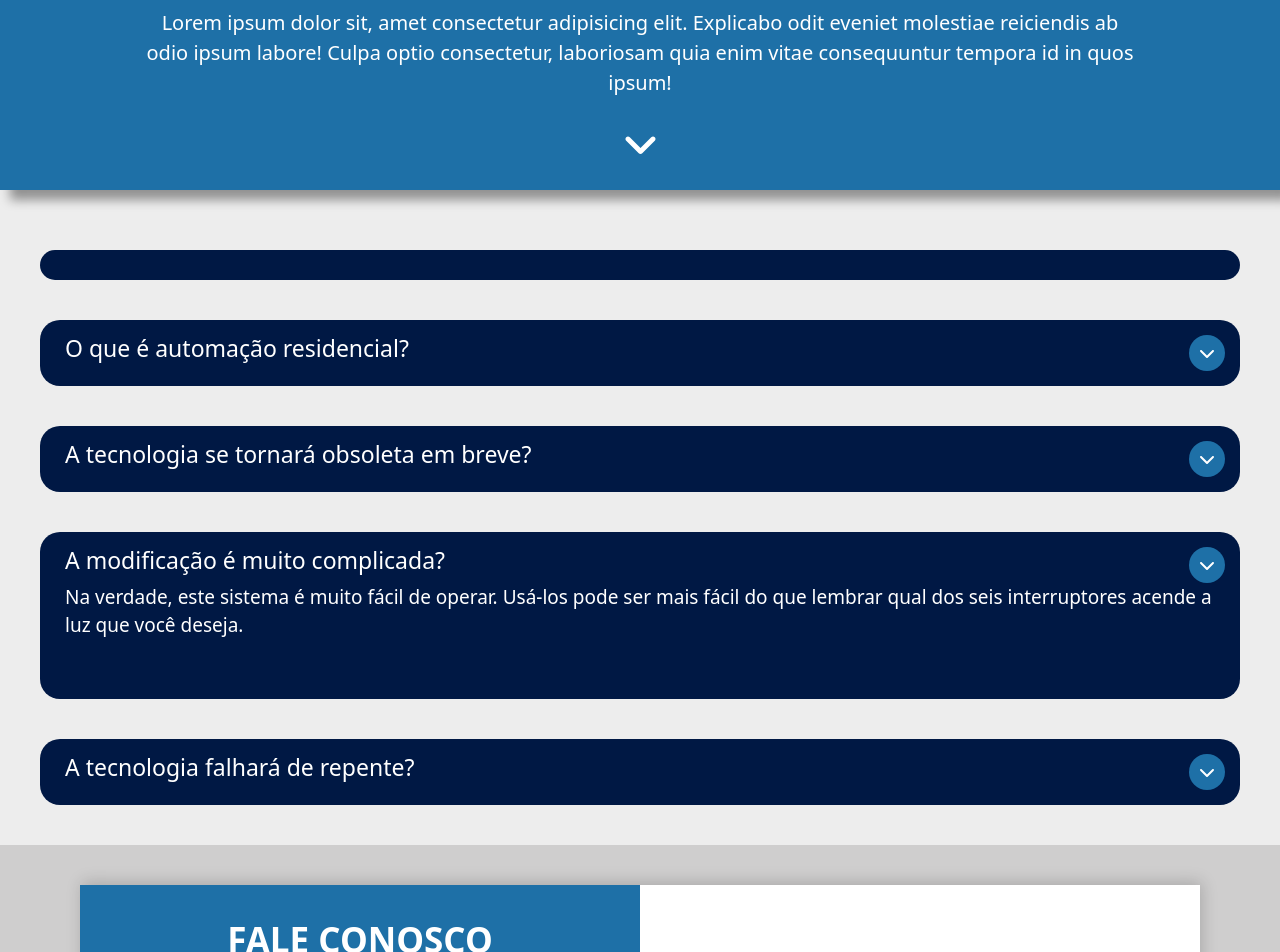
Repository: BulleST/SouHi_Institucional
Page: index.html
An editor plug-in stored every save of this project. The page is shown before and after the next save, followed by the edit.
The browser window is 1280 px wide. The pictures show the part of the page from y = 1587 to 2539 px (the page is 3528 px tall before and 3458 px after).
A picture or video elsewhere on the page could not be fetched, so the positions and the page height are approximate.

Above is the page before, as saved 2022-11-04 16:05:38.

### index.html
<!DOCTYPE html>
<html lang="pt-br">

<head>
  <meta charset="UTF-8">
  <meta http-equiv="X-UA-Compatible" content="IE=edge">
  <meta name="viewport" content="width=device-width, initial-scale=1.0">
  <title>SouHi - Soluções Automatizadas</title>

  <script src="https://code.jquery.com/jquery-3.6.1.js" integrity="sha256-3zlB5s2uwoUzrXK3BT7AX3FyvojsraNFxCc2vC/7pNI="
    crossorigin="anonymous"></script>



  <!-- Bootstrap -->
  <link href="https://cdn.jsdelivr.net/npm/bootstrap@5.2.2/dist/css/bootstrap.min.css" rel="stylesheet"
    integrity="sha384-Zenh87qX5JnK2Jl0vWa8Ck2rdkQ2Bzep5IDxbcnCeuOxjzrPF/et3URy9Bv1WTRi" crossorigin="anonymous">
  <script src="https://cdn.jsdelivr.net/npm/bootstrap@5.2.2/dist/js/bootstrap.bundle.min.js"
    integrity="sha384-OERcA2EqjJCMA+/3y+gxIOqMEjwtxJY7qPCqsdltbNJuaOe923+mo//f6V8Qbsw3"
    crossorigin="anonymous"></script>
  <!-- Fontawesome -->
  <link rel="stylesheet" href="https://cdnjs.cloudflare.com/ajax/libs/font-awesome/6.2.0/css/all.min.css"
    integrity="sha512-xh6O/CkQoPOWDdYTDqeRdPCVd1SpvCA9XXcUnZS2FmJNp1coAFzvtCN9BmamE+4aHK8yyUHUSCcJHgXloTyT2A=="
    crossorigin="anonymous" referrerpolicy="no-referrer" />
  <script src="https://cdnjs.cloudflare.com/ajax/libs/font-awesome/6.2.0/js/all.min.js"
    integrity="sha512-naukR7I+Nk6gp7p5TMA4ycgfxaZBJ7MO5iC3Fp6ySQyKFHOGfpkSZkYVWV5R7u7cfAicxanwYQ5D1e17EfJcMA=="
    crossorigin="anonymous" referrerpolicy="no-referrer"></script>

  <!-- Slick Carousel -->
  <link rel="stylesheet" type="text/css" href="https://cdn.jsdelivr.net/npm/slick-carousel@1.8.1/slick/slick.css" />
  <script type="text/javascript" src="https://cdn.jsdelivr.net/npm/slick-carousel@1.8.1/slick/slick.min.js"></script>

  <!-- AOS -->
  <link rel="stylesheet" href="https://unpkg.com/aos@next/dist/aos.css">
  <script src="https://unpkg.com/aos@next/dist/aos.js"></script>

<!-- Jquery Ui -->
<link type="text/css" href="./jquery-ui-1.13.2.custom/jquery-ui.css">
<link type="text/css" href="./jquery-ui-1.13.2.custom/jquery-ui.structure.css">
<link type="text/css" href="./jquery-ui-1.13.2.custom/jquery-ui.theme.css">
<script src="./jquery-ui-1.13.2.custom/jquery-ui.js" text="text/javascript"></script>

  <link rel="stylesheet" type="text/css" href="./style.css">
  <script src="script.js" defer ></script>

</head>

<body class="bg">

  <header>
    <div class="header-container bg-on" id="header">
      <div class="header-position">
        <div class="flex-item-image">
          <img src="img/logo_claro.png" alt="Logo Souhi">
        </div>
        <div class="flex-item-rotas">
          <nav class="rotas">
            <ul>
              <li> <a class="header__navigation-link" href="#home">Home</a></li>
              <li><a class="header__navigation-link" href="#quem-somos">Quem somos</a></li>
              <li><a class="header__navigation-link" href="#produtos">Ofertas</a></li>
              <li><a class="header__navigation-link" href="#duvidas">FAQ</a></li>
              <li><a class="header__navigation-link" href="#contatos">Contatos</a></li>
            </ul>
          </nav>
        </div>
        <div class="flex-item-contato">
          <a href="" class="btn-fale-conosco">Fale conosco!</a>
        </div>
      </div>
    </div>
  </header>


  <section>
    <section class="carrossel" id="inicio">
      <button class="btn-scroll-down">
        <i class="fas fa-chevron-down"></i>
      </button>
      <div class="slider">
        <div class=" first-item">
          <div class="slider__item-inner slider__item d-flex first-item-inner">
            <div class="slider__item-content first-content">
              <h3>Lorem Ipsum</h3>
              <hr>
              <p>Lorem ipsum dolor, sit amet consectetur adipisicing elit. Beatae fugiat voluptas consequatur voluptate
                perspiciatis aspernatur voluptates dolores inventore vero incidunt officia, modi dolorum. </p>
              <p class="my-2">Conheça nossos produtos!</p>
              <button class="btn btn-confira">Confira</button>
            </div>
            <div class="slider__item-image first-image">
              <img src="./img/house.png" alt="">
            </div>
          </div>
        </div>
        <div class="  second-item">

          <div class=" d-flex slider__item  second-item-inner">

            <div class="second-contain">
              <div class=" second-image">

                <img src="img/ic_launcher.png" alt="">
                <img src="./img/phone.png" alt="">

              </div>
              <div class=" second-content">
                <h3>Lorem Ipsum</h3>

                <p>Lorem ipsum dolor, sit amet consectetur adipisicing elit. </p>
                <a href="" class="btn-fale-conosco">Fale conosco!</a>

              </div>

            </div>

          </div>
        </div>
        <div class="  third-item">
          <div class=" d-flex slider__item  third-item-inner">
            <div class="third-contain">
              <div class=" third-image">
                <img src="img/smart-house-8.png" alt="">
              </div>
              <div class=" third-content">
                <h3>Lorem Ipsum Ipsum</h3>
                <p>Lorem ipsum dolor, sit amet consectetur adipisicing elit. Lorem ipsum dolor, sit amet consectetur
                  adipisicing elit. orem ipsum dolor, sit amet consectetur adipisicing elit. </p>
                <a href="" class="btn-fale-conosco mt-2">Fale conosco!</a>
              </div>
            </div>
          </div>
        </div>
      </div>
      </div>
    </section>


      <div class="container wrapper">
        <section class="quem-somos" id="quem-somos">
          <img src="img/teste.jpg" alt="" class="imagem" data-aos="fade-right">
          <div class="quem-somos-texto" data-aos="fade-left">

            <h1>Quem somos</h1>
            <p>Lorem ipsum, dolor sit amet consectetur adipisicing elit. Iure, obcaecati alias magni reiciendis non ipsa
              asperiores deserunt quibusdam quasi ut odit, quaerat ex eum fugit pariatur rerum eius vitae maiores?</p>

            <button class="btn">Saiba mais <span> <i class="fa-solid fa-angles-right"></i></span></button>
          </div>
        </section>
        <div class="beneficios-bg">
        <div class="beneficios">
          <div class="card card-1" data-aos="fade-up">
            <div class="card-texto">
              <span> <i class="fa-solid fa-dollar-sign icone-card"></i></span>
              <h1>Economia</h1>
              <p>Lorem, ipsum dolor sit amet consectetur adipisicing elit. Saepe placeat repellat magni est praesentium
                quaerat aspernatur incidunt sint, quisquam voluptates aut fugiat vel dolorum maxime alias autem, sunt
                quae amet!</p>
            </div>
          </div>
          <div class="card card-2" data-aos="fade-up">
            <div class="card-texto">
              <span> <i class="fa-solid fa-shield icone-card"></i></span>
              <h1>Segurança</h1>
              <p>Lorem, ipsum dolor sit amet consectetur adipisicing elit. Saepe placeat repellat magni est praesentium
                quaerat aspernatur incidunt sint, quisquam voluptates aut fugiat vel dolorum maxime alias autem, sunt
                quae amet!</p>
            </div>
          </div>
          <div class="card card-3" data-aos="fade-up">
            <div class="card-texto">
              <span> <i class="fa-solid fa-check icone-card"></i></span>
              <h1>Conveniência</h1>
              <p>Lorem, ipsum dolor sit amet consectetur adipisicing elit. Saepe placeat repellat magni est praesentium
                quaerat aspernatur incidunt sint, quisquam voluptates aut fugiat vel dolorum maxime alias autem, sunt
                quae amet!</p>
            </div>
          </div>
          <div class="card card-4" data-aos="fade-up">
            <div class="card-texto">
              <span> <i class="fa-solid fa-couch icone-card"></i></span>
              <h1>Conforto</h1>
              <p>Lorem, ipsum dolor sit amet consectetur adipisicing elit. Saepe placeat repellat magni est praesentium
                quaerat aspernatur incidunt sint, quisquam voluptates aut fugiat vel dolorum maxime alias autem, sunt
                quae amet!</p>
            </div>
          </div>
        </div>
      </div>
      </div>


      <div class="produtos-fechado" id="produtos">
        <div class="produtos-texto">
          <h1>O que você quer automatizar?</h1>
          <p>Lorem ipsum dolor sit, amet consectetur adipisicing elit. Explicabo odit eveniet molestiae reiciendis ab
            odio ipsum labore! Culpa optio consectetur, laboriosam quia enim vitae consequuntur tempora id in quos
            ipsum!</p>

          <span><i class=" fa-solid fa-angle-down down " id="show-or-hide"></i></span>
        </div>

      </div>
      <div class="produtos-aberto">
        <div class=" sessao  mySwiper container">
          <div class="swiper-wrapper content">

            <div class="swiper-slide card">
              <div class="card-content">

                <div class="image">
                  <img src="https://source.unsplash.com/random/250x250" alt="" class="eseu">

                </div>
              </div>
            </div>

            <div class="swiper-slide card">
              <div class="card-content">

                <div class="image">
                  <img src="https://source.unsplash.com/random/250x250" alt="" class="eseu">
                </div>
              </div>
            </div>

            <div class="swiper-slide card">

              <div class="card-content">

                <div class="image">
                  <img src="https://source.unsplash.com/random/250x250" alt="" class="eseu">
                </div>
              </div>
            </div>

            <div class="swiper-slide card">
              <div class="card-content">


                <div class="image">

                  <img src="https://source.unsplash.com/random/250x250" alt="" class="eseu">
                </div>
              </div>
            </div>
          </div>
        </div>
        <div class="swiper-button-next"></div>
        <div class="swiper-button-prev"></div>
        <div class="swiper-paggination"></div>
      </div>






    <div class="duvidas-container">
      <div class="wrapper">

        <div id="panels" data-aos="fade-up">
          <li  data-aos="fade-up">
          <li >
            <div class="pergunta">
              <h3 class="testedoflex">O que é automação residencial?</h3>
              <i class="icone-pergunta testedoflex fas fa-chevron-down"> </i>
            </div>
            <p>A automação residencial consiste em conexões e integrações entre sistemas inteligentes para permitir que as
              atividades sejam realizadas de forma automática. Geralmente apresenta o uso de sensores em objetos comuns ao
              redor da casa para melhorar a conectividade e o monitoramento. Os principais benefícios são o aumento do
              conforto, bem-estar, praticidade e segurança.</p>
          </li>
        </li>
          <li data-aos="fade-up">
            <div class="pergunta">
              <h3>A tecnologia se tornará obsoleta em breve?</h3>
              <i class="icone-pergunta fas fa-chevron-down "> </i>
            </div>
            <p> Essa é uma boa pergunta, afinal no mundo da tecnologia há sempre o medo de que novos produtos cheguem a
              qualquer momento e tornem os seus - não tão velhos assim - completamente obsoletos.
              Felizmente, a automação residencial não é o mesmo que substituir seu telefone - você não precisa "comprar um
              novo sistema" a cada dois anos.</p>
          </li>
          <li data-aos="fade-up">
            <div class="pergunta">
              <h3>A modificação é muito complicada? </h3>
              <i class="icone-pergunta fas fa-chevron-down"> </i>
            </div>
            <p>Na verdade, este sistema é muito fácil de operar. Usá-los pode ser mais fácil do que lembrar qual dos seis
              interruptores acende a luz que você deseja.</p>
          </li>
          <li data-aos="fade-up">
            <div class="pergunta">
              <h3>A tecnologia falhará de repente? </h3>
              <i class="icone-pergunta fas fa-chevron-down"> </i>
            </div>
            <p>Não vai. Alguns dispositivos inteligentes que são fáceis de encontrar no mercado a baixo custo podem não ser
              muito confiáveis, mas os sistemas de automação profissional são tecnologias maduras e poderosas.</p>
          </li>
        </div>
      </div>
    </div>
    </div>
    <section class="container-fale-conosco">
      <div class="wrapper">
        <div class="fale-conosco">
          <div class="form">

            <div class="titulo-fale-conosco mt-4">
              <!-- <img src="img/Design sem nome (1).png" alt=""> -->
              <h1>Fale conosco</h1>
              <h3>Tire suas duvidas a respeito de nosso serviços</h3>
            </div>
            <form>

              <div action="" class="form-group mt-2 col-8">
                <label for="" class="form-label">Nome<span class="text-danger"> *</span></label>
                <input type="text" class="form-control" required>
              </div>
              <div action="" class="form-group mt-2 col-8">
                <label for="" class="form-label">E-mail<span class="text-danger"> *</span></label>
                <input type="text" class="form-control" required>
              </div>

              <div action="" class="form-group mt-2 col-8">
                <label for="" class="form-label">Telefone</label>
                <input type="text" class="form-control">

                <div action="" class="form-group mt-2 col-12 ">
                  <label for="" class="form-label">Deixe sua dúvida</label>
                  <textarea class="form-control" cols="80" rows="4"></textarea>
                </div>
              </div>
              <div class="form-group d-flex justify-content-end ">
                <button type="submit" class=" botao-fale-conosco">Enviar</button>
              </div>
          </div>
          </form>


          <div class="bg-img">
            <img src="img/Design sem nome (2).png" alt="">
          </div>
        </div>

    </section>



    </div>
    </div>

    </div>


    <div class="link-top link-on"><a href="#inicio">


        <i class="fa-solid fa-angle-up"></i></a></div>
  </section>

  <section class="footer">

    </div>
    <div class="footer-position">
      <div class="finalizacao">
        <img src="img/pexels-liza-summer-6347719.jpg" alt="" class="footer-img">
        <div class="texto">
          <h1>Aut</h1>
          <h2>Automação residencial</h2>
          <p>Lorem ipsum dolor sit amet consectetur adipisicing elit. Debitis iure nemo, aliquam, quibusdam reiciendis
            ducimus eum provident in id repellendus excepturi cum. Tempora dolorum, consequatur laudantium possimus hic
            modi ratione.</p>
        </div>
      </div>
      <div class="contato">
        <div class="contato-texto">
          <h2>Fale conosco</h2>

          <ul>
            <li><i class="fa-solid fa-location-dot"></i> Av. Paulista São Paulo </li>
            <li><i class='fa fa-whatsapp'></i> xxxxx-xxxxx</li>
            <li><i class="fa-solid fa-phone"></i> (xx) xxxxxx</li>
          </ul>
        </div>
      </div>

    </div>

  </section>

</body>


<script>




</script>

</html>

Loaded but not shown: jquery-ui-1.13.2.custom/jquery-ui.js (library); script.js (87 lines, source omitted); style.css (1449 lines, source omitted)

After the next save:
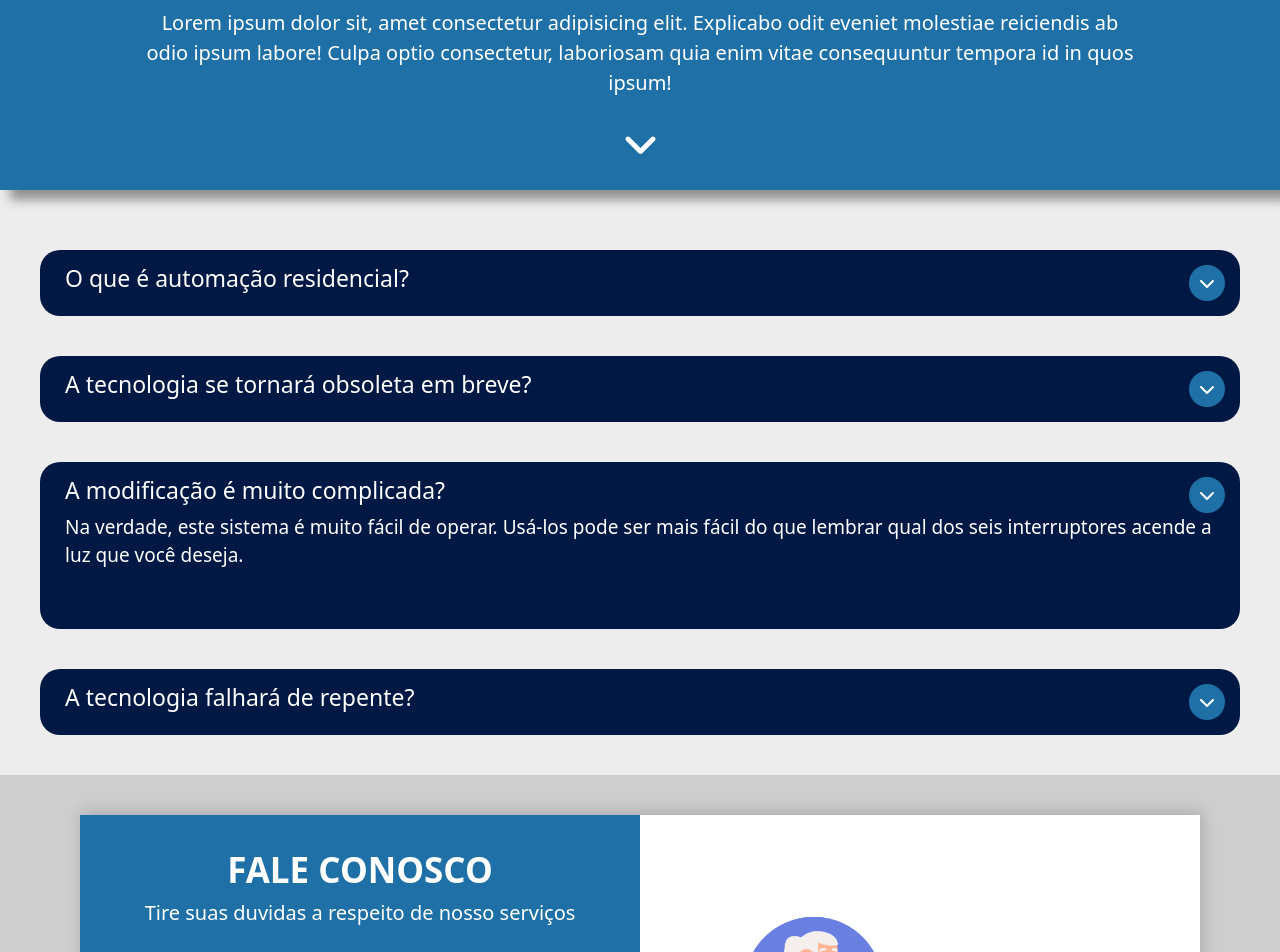
Saved 7 s later.
--- a/index.html
+++ b/index.html
@@ -262,7 +262,6 @@
 
         <div id="panels" data-aos="fade-up">
           <li  data-aos="fade-up">
-          <li >
             <div class="pergunta">
               <h3 class="testedoflex">O que é automação residencial?</h3>
               <i class="icone-pergunta testedoflex fas fa-chevron-down"> </i>
@@ -272,7 +271,6 @@
               redor da casa para melhorar a conectividade e o monitoramento. Os principais benefícios são o aumento do
               conforto, bem-estar, praticidade e segurança.</p>
           </li>
-        </li>
           <li data-aos="fade-up">
             <div class="pergunta">
               <h3>A tecnologia se tornará obsoleta em breve?</h3>
